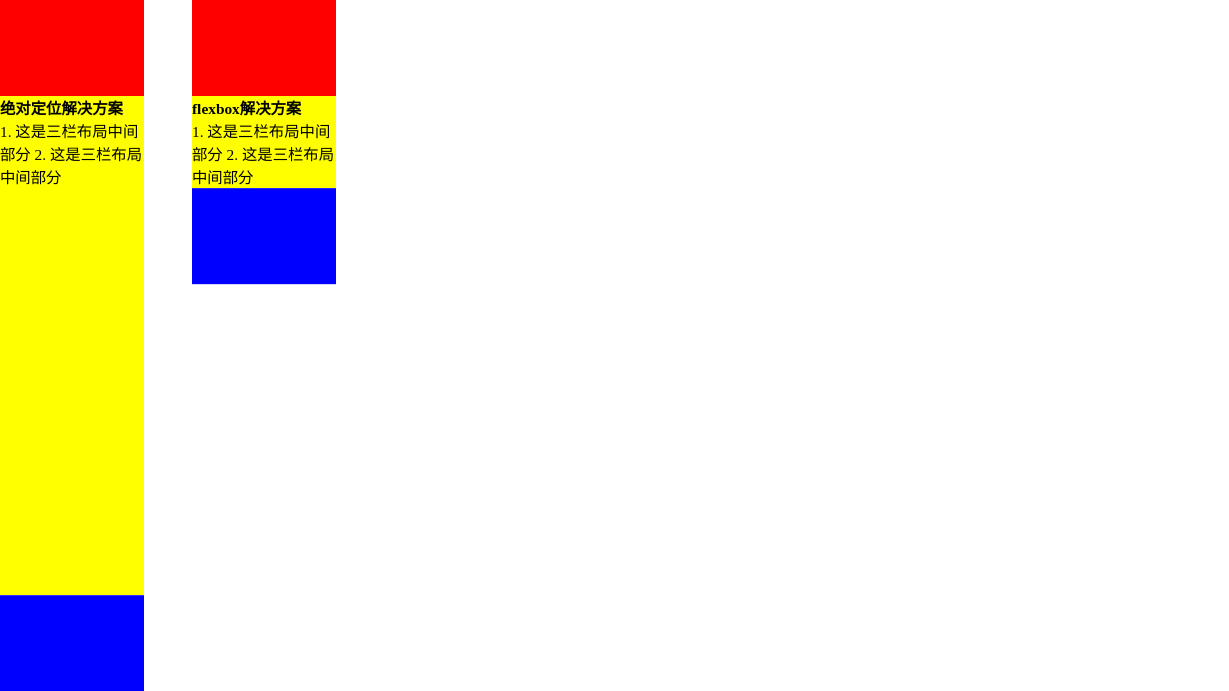
Repository: Qianfane/Blog
Page: 面试相关/测试/1-2、三栏布局-上中下.html
These files come from the project's save history. The page is drawn as it stood at one moment and after the next save; the edit follows.
The browser window is 1280 px wide. The pictures show the whole page, at 96% of full size.

Above is the page before, as saved 2022-01-02 18:33:10.

### 面试相关/测试/1-2、三栏布局-上中下.html
<!DOCTYPE html>
<html lang="en">
<head>
    <meta charset="UTF-8">
    <meta http-equiv="X-UA-Compatible" content="IE=edge">
    <meta name="viewport" content="width=device-width, initial-scale=1.0">
    <title>1-2、三栏布局-上中下</title>
    <style>
        html * {
            padding: 0;
            margin: 0;
        }
        .layout {
            margin-right: 20px;
        }
        .layout article div {
            width: 150px;
        }
    </style>
</head>
<body>
    <section>
        <!-- 绝对定位解决方案 -->
        <section class="layout absolute">
            <style>
                .layout.absolute .top {
                    position: absolute;
                    top: 0;
                    height: 100px;
                    background: red;

                }
                .layout.absolute .center {
                    position: absolute;
                    top: 100px;
                    bottom: 100px;
                    background: yellow;
                }
                .layout.absolute .bottom {
                    position: absolute;
                    bottom: 0;
                    height: 100px;
                    background: blue;
                }
            </style>
            <article class="top-center-bottom">
                <div class="top"></div>
                <div class="center">
                    <h1>绝对定位解决方案</h1>
                    1. 这是三栏布局中间部分
                    2. 这是三栏布局中间部分
                </div>
                <div class="bottom"></div>
            </article>
        </section>

        <!-- flexbox解决方案 -->
        <section class="layout flexbox">
            <style>
                .layout.flexbox .top-center-bottom {
                    height: 100%;
                    display: flex;
                    flex-direction: column;
                    margin-left: 200px;
                }
                .layout.flexbox .top {
                    height: 100px;
                    background: red;
                }
                .layout.flexbox .center {
                    flex: 1;
                    background: yellow;
                }
                .layout.flexbox .bottom {
                    height: 100px;
                    background: blue;
                }
            </style>
            <article class="top-center-bottom">
                <div class="top"></div>
                <div class="center">
                    <h1>flexbox解决方案</h1>
                    1. 这是三栏布局中间部分
                    2. 这是三栏布局中间部分
                </div>
                <div class="bottom"></div>
            </article>
        </section>
    </section>
</body>
</html>

After the next save:
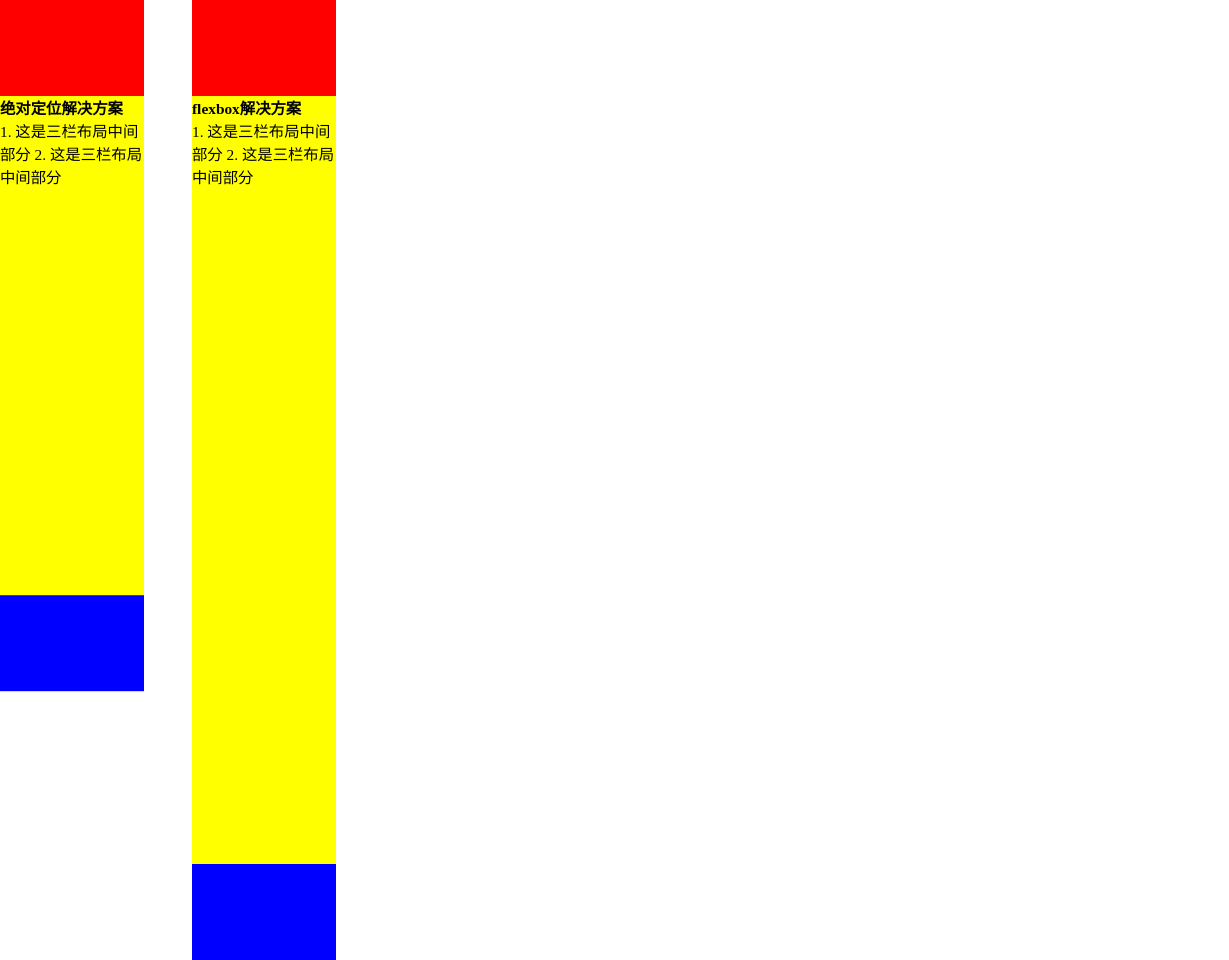
Saved 13 s later.
--- a/面试相关/测试/1-2、三栏布局-上中下.html
+++ b/面试相关/测试/1-2、三栏布局-上中下.html
@@ -58,7 +58,7 @@
         <section class="layout flexbox">
             <style>
                 .layout.flexbox .top-center-bottom {
-                    height: 100%;
+                    height: 1000px;
                     display: flex;
                     flex-direction: column;
                     margin-left: 200px;

After the 3 saves that followed:
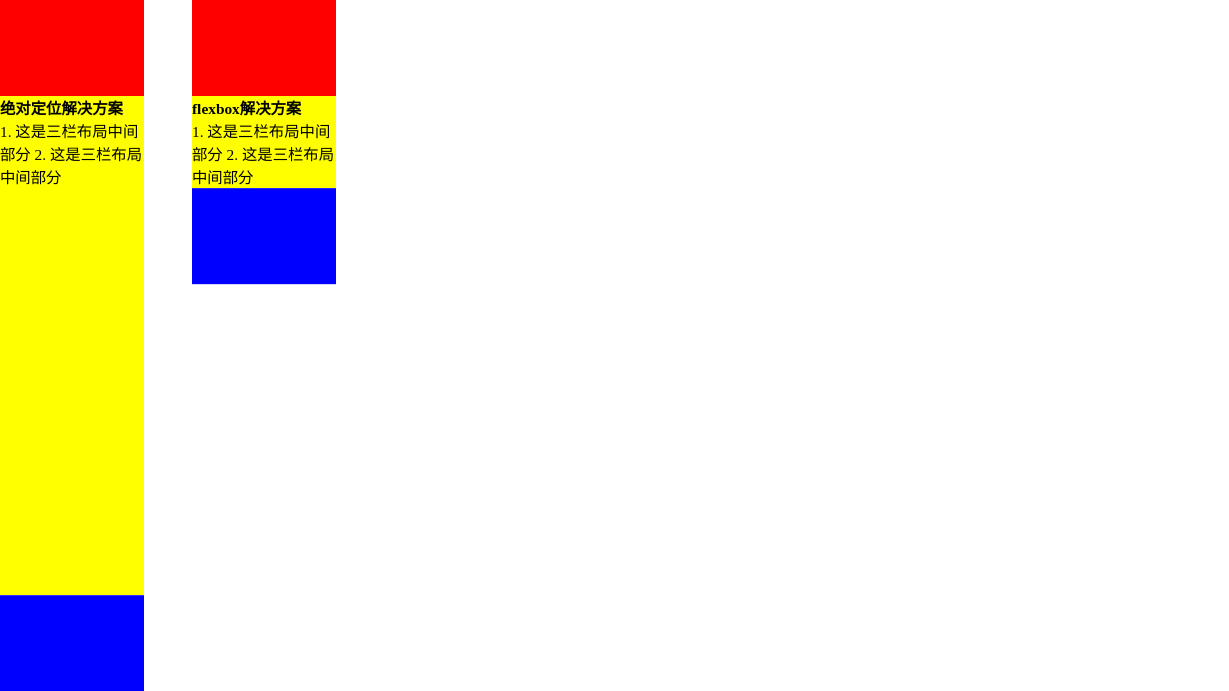
The 3 saves are shown as one change because 1 left the picture as it was and some came seconds apart.
The last was saved 55 s later.
--- a/面试相关/测试/1-2、三栏布局-上中下.html
+++ b/面试相关/测试/1-2、三栏布局-上中下.html
@@ -58,10 +58,11 @@
         <section class="layout flexbox">
             <style>
                 .layout.flexbox .top-center-bottom {
-                    height: 1000px;
+                    /* height: 1000px; */
+                    margin-left: 200px;
+
                     display: flex;
                     flex-direction: column;
-                    margin-left: 200px;
                 }
                 .layout.flexbox .top {
                     height: 100px;
